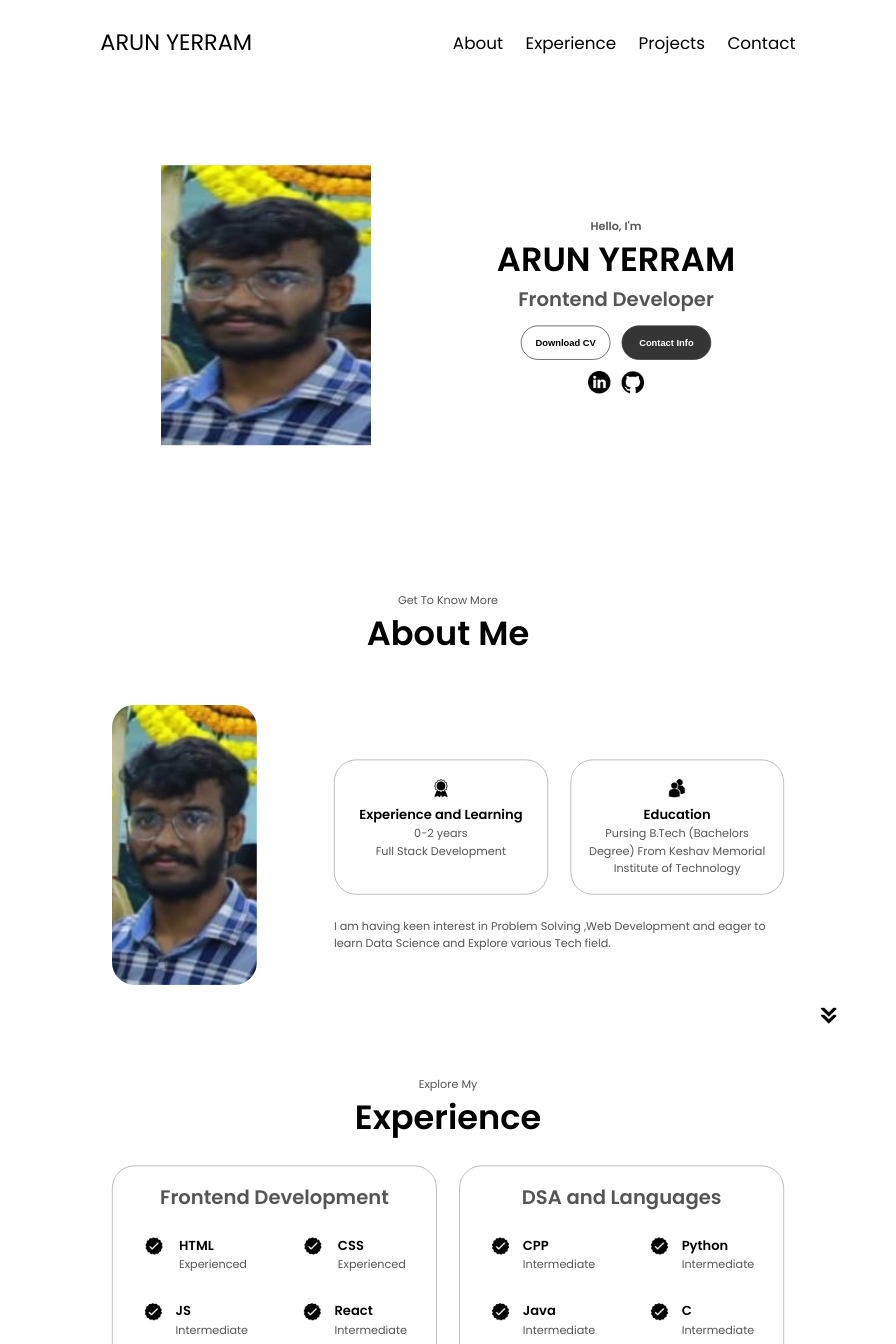
Repository: ARUN-YERRAM/ARUN-YERRAM-PORTFOLIO
Page: portfolio/index.html
An editor plug-in stored every save of this project. The page is shown before and after a run of saves, followed by the edit.
The browser window is 1280 px wide. The pictures show the part of the page from y = 0 to 1920 px (the page is 3401 px tall), at 70% of full size.

Above is the page before, as saved 2024-07-07 04:22:56.

### portfolio/index.html
<!DOCTYPE html>
<html lang="en">
  <head>
    <meta charset="UTF-8" />
    <meta http-equiv="X-UA-Compatible" content="IE=edge" />
    <meta name="viewport" content="width=device-width, initial-scale=1.0" />
    <title>My Portfolio</title>
    <link rel="stylesheet" href="style.css" />
    <link rel="stylesheet" href="mediaqueries.css" />
  </head>
  <body>
    <nav id="desktop-nav">
      <div class="logo">ARUN YERRAM</div>
      <div>
        <ul class="nav-links">
          <li><a href="#about">About</a></li>
          <li><a href="#experience">Experience</a></li>
          <li><a href="#projects">Projects</a></li>
          <li><a href="#contact">Contact</a></li>
        </ul>
      </div>
    </nav>
    <nav id="hamburger-nav">
      <div class="logo">ARUN YERRAM</div>
      <div class="hamburger-menu">
        <div class="hamburger-icon" onclick="toggleMenu()">
          <span></span>
          <span></span>
          <span></span>
        </div>
        <div class="menu-links">
          <li><a href="#about" onclick="toggleMenu()">About</a></li>
          <li><a href="#experience" onclick="toggleMenu()">Experience</a></li>
          <li><a href="#projects" onclick="toggleMenu()">Projects</a></li>
          <li><a href="#contact" onclick="toggleMenu()">Contact</a></li>
        </div>
      </div>
    </nav>
    <section id="profile">
      <div class="section__pic-container">
        <img src="./assets/Photo1.jpg" alt="John Doe profile picture" width = "300px" height="" />
      </div>
      <div class="section__text">
        <p class="section__text__p1">Hello, I'm</p>
        <h1 class="title">ARUN YERRAM</h1>
        <p class="section__text__p2">Frontend Developer</p>
        <div class="btn-container">
          <button
            class="btn btn-color-2"
            onclick="window.open('./assets/My_Resume.pdf')"
          >
            Download CV
          </button>
          <button class="btn btn-color-1" onclick="location.href='./#contact'">
            Contact Info
          </button>
        </div>
        <div id="socials-container">
          <img
            src="./assets/linkedin.png"
            alt="My LinkedIn profile"
            class="icon"
            onclick="window.open('https://www.linkedin.com/in/arun-yerram/','_blank')"
          />
          <img
            src="./assets/github.png"
            alt="My Github profile"
            class="icon"
            onclick="location.href='https://github.com/ARUN-YERRAM?tab=repositories'"
          />
        </div>
      </div>
    </section>
    <section id="about">
      <p class="section__text__p1">Get To Know More</p>
      <h1 class="title">About Me</h1>
      <div class="section-container">
        <div class="section__pic-container">
          <img
            src="./assets/Photo1.jpg"
            alt="Profile picture"
            class="about-pic"
          />
        </div>
        <div class="about-details-container">
          <div class="about-containers">
            <div class="details-container">
              <img
                src="./assets/experience.png"
                alt="Experience icon"
                class="icon"
              />
              <h3>Experience and Learning</h3>
              <p>0-2 years <br />Full Stack Development</p>
            </div>
            <div class="details-container">
              <img
                src="./assets/education.png"
                alt="Education icon"
                class="icon"
              />
              <h3>Education</h3>
              <p>Pursing B.Tech (Bachelors Degree) From Keshav Memorial Institute of Technology <br /></p>
            </div>
          </div>
          <div class="text-container">
            <p>
              I am having keen interest in Problem Solving ,Web Development and eager to learn Data Science and Explore various Tech field.
            </p>
          </div>
        </div>
      </div>
      <img
        src="./assets/arrow.png"
        alt="Arrow icon"
        class="icon arrow"
        onclick="location.href='./#experience'"
      />
    </section>
    <section id="experience">
      <p class="section__text__p1">Explore My</p>
      <h1 class="title">Experience</h1>
      <div class="experience-details-container">
        <div class="about-containers">
          <div class="details-container">
            <h2 class="experience-sub-title">Frontend Development</h2>
            <div class="article-container">
              <article>
                <img
                  src="./assets/checkmark.png"
                  alt="Experience icon"
                  class="icon"
                />
                <div>
                  <h3>HTML</h3>
                  <p>Experienced</p>
                </div>
              </article>

              <article>
                <img
                  src="./assets/checkmark.png"
                  alt="Experience icon"
                  class="icon"
                />
                <div>
                  <h3>CSS</h3>
                  <p>Experienced</p>
                </div>
              </article>

              <article>
                <img
                  src="./assets/checkmark.png"
                  alt="Experience icon"
                  class="icon"
                />
                <div>
                  <h3>JS</h3>
                  <p>Intermediate</p>
                </div>
              </article>

              <article>
                <img
                  src="./assets/checkmark.png"
                  alt="Experience icon"
                  class="icon"
                />
                <div>
                  <h3>React</h3>
                  <p>Intermediate</p>
                </div>
              </article>

              <article>
                <img
                  src="./assets/checkmark.png"
                  alt="Experience icon"
                  class="icon"
                />
                <div>
                  <h3>MongoDb</h3>
                  <p>Intermediate</p>
                </div>
              </article>

                <article>
                  <img
                    src="./assets/checkmark.png"
                    alt="Experience icon"
                    class="icon"
                  />
                  <div>
                    <h3>Node JS</h3>
                    <p>Intermediate</p>
                  </div>
                </article>


                <article>
                  <img
                    src="./assets/checkmark.png"
                    alt="Experience icon"
                    class="icon"
                  />
                  <div>
                    <h3>Express JS</h3>
                    <p>Intermediate</p>
                  </div>
                </article>

                <article>
                <img
                  src="./assets/checkmark.png"
                  alt="Experience icon"
                  class="icon"
                />
                <div>
                  <h3>Git && Github</h3>
                  <p>Intermediate</p>
                </div>
              </article>

            </div>
          </div>
          <div class="details-container">
            <h2 class="experience-sub-title">DSA and Languages</h2>
            <div class="article-container">
              <article>
                <img
                  src="./assets/checkmark.png"
                  alt="Experience icon"
                  class="icon"
                />
                <div>
                  <h3>CPP</h3>
                  <p>Intermediate</p>
                </div>
              </article>
              <article>
                <img
                  src="./assets/checkmark.png"
                  alt="Experience icon"
                  class="icon"
                />
                <div>
                  <h3>Python</h3>
                  <p>Intermediate</p>
                </div>
              </article>

              <article>
                <img
                  src="./assets/checkmark.png"
                  alt="Experience icon"
                  class="icon"
                />
                <div>
                  <h3>Java</h3>
                  <p>Intermediate</p>
                </div>
              </article>

              <article>
                <img
                  src="./assets/checkmark.png"
                  alt="Experience icon"
                  class="icon"
                />
                <div>
                  <h3>C</h3>
                  <p>Intermediate</p>
                </div>
              </article>
            </div>
          </div>
        </div>
      </div>
      <img
        src="./assets/arrow.png"
        alt="Arrow icon"
        class="icon arrow"
        onclick="location.href='./#projects'"
      />
    </section>
    <section id="projects">
      <p class="section__text__p1">Browse My Recent</p>
      <h1 class="title">Projects</h1>
      <div class="experience-details-container">
        <div class="about-containers">
          <div class="details-container color-container">
            <div class="article-container">
              <img
                src="./assets/P1.png"
                alt="Project 1"
                class="project-img"
              />
            </div>
            <h2 class="experience-sub-title project-title">NYAAYSAHAAYAK</h2>
            <div class="btn-container">
              <button
                class="btn btn-color-2 project-btn"
                onclick="location.href='https://github.com/ARUN-YERRAM/NYAAYSAHAAYAK'"
              >
                Github
              </button>
              <button
                class="btn btn-color-2 project-btn"
                onclick="location.href=''"
              >
                Live Demo
              </button>
            </div>
          </div>
          <div class="details-container color-container">
            <div class="article-container">
              <img
                src="./assets/project-2.png"
                alt="Project 2"
                class="project-img"
              />
            </div>
            <h2 class="experience-sub-title project-title">LecturesCheck</h2>
            <div class="btn-container">
              <button
                class="btn btn-color-2 project-btn"
                onclick="location.href='https://github.com/ARUN-YERRAM/LecturesCheck'"
              >
                Github
              </button>
              <button
                class="btn btn-color-2 project-btn"
                onclick="location.href=''"
              >
                Live Demo
              </button>
            </div>
          </div>

          <!-- <div class="details-container color-container">
            <div class="article-container">
              <img
                src="./assets/project-3.png"
                alt="Project 3"
                class="project-img"
              />
            </div>
          </div> -->
        </div>
      </div>
      <img
        src="./assets/arrow.png"
        alt="Arrow icon"
        class="icon arrow"
        onclick="location.href='./#contact'"
      />
    </section>
    <section id="contact">
      <p class="section__text__p1">Get in Touch</p>
      <h1 class="title">Contact Me</h1>
      <div class="contact-info-upper-container">
        <div class="contact-info-container">
          <img
            src="./assets/email.png"
            alt="Email icon"
            class="icon contact-icon email-icon"
          />
          <p><a href="mailto:examplemail@gmail.com">arunyerram12022005@gmail.com</a></p>
        </div>
        <div class="contact-info-container">
          <img
            src="./assets/linkedin.png"
            alt="LinkedIn icon"
            class="icon contact-icon"
          />
          <p><a href="https://www.linkedin.com/in/arun-yerram/">LinkedIn</a></p>
        </div>
      </div>
    </section>
    <footer>
      <nav>
        <div class="nav-links-container">
          <ul class="nav-links">
            <li><a href="#about">About</a></li>
            <li><a href="#experience">Experience</a></li>
            <li><a href="#projects">Projects</a></li>
            <li><a href="#contact">Contact</a></li>
          </ul>
        </div>
      </nav>
      <p>Copyright &#169; 2024 Arun Yerram. All Rights Reserved.</p>
    </footer>
    <script src="script.js"></script>
  </body>
</html>

### portfolio/style.css
/* GENERAL */

@import url("https://fonts.googleapis.com/css2?family=Poppins:wght@300;400;500;600&display=swap");

* {
  margin: 0;
  padding: 0;
}

body {
  font-family: "Poppins", sans-serif;
}

html {
  scroll-behavior: smooth;
}

p {
  color: rgb(85, 85, 85);
}

/* TRANSITION */

a,
.btn {
  transition: all 300ms ease;
}

/* DESKTOP NAV */

nav,
.nav-links {
  display: flex;
}

nav {
  justify-content: space-around;
  align-items: center;
  height: 17vh;
}

.nav-links {
  gap: 2rem;
  list-style: none;
  font-size: 1.5rem;
}

a {
  color: black;
  text-decoration: none;
  text-decoration-color: white;
}

a:hover {
  color: grey;
  text-decoration: underline;
  text-underline-offset: 1rem;
  text-decoration-color: rgb(181, 181, 181);
}

.logo {
  font-size: 2rem;
}

.logo:hover {
  cursor: default;
}

/* HAMBURGER MENU */

#hamburger-nav {
  display: none;
}

.hamburger-menu {
  position: relative;
  display: inline-block;
}

.hamburger-icon {
  display: flex;
  flex-direction: column;
  justify-content: space-between;
  height: 24px;
  width: 30px;
  cursor: pointer;
}

.hamburger-icon span {
  width: 100%;
  height: 2px;
  background-color: black;
  transition: all 0.3 ease-in-out;
}

.menu-links {
  position: absolute;
  top: 100%;
  right: 0;
  background-color: white;
  width: fit-content;
  max-height: 0;
  overflow: hidden;
  transition: all 0.3 ease-in-out;
}

.menu-links a {
  display: block;
  padding: 10px;
  text-align: center;
  font-size: 1.5rem;
  color: black;
  text-decoration: none;
  transition: all 0.3 ease-in-out;
}

.menu-links li {
  list-style: none;
}

.menu-links.open {
  max-height: 300px;
}

.hamburger-icon.open span:first-child {
  transform: rotate(45deg) translate(10px, 5px);
}

.hamburger-icon.open span:nth-child(2) {
  opacity: 0;
}

.hamburger-icon.open span:last-child {
  transform: rotate(-45deg) translate(10px, -5px);
}

.hamburger-icon span:first-child {
  transform: none;
}

.hamburger-icon span:first-child {
  opacity: 1;
}

.hamburger-icon span:first-child {
  transform: none;
}

/* SECTIONS */

section {
  padding-top: 4vh;
  height: 96vh;
  margin: 0 10rem;
  box-sizing: border-box;
  min-height: fit-content;
}

.section-container {
  display: flex;
}

/* PROFILE SECTION */

#profile {
  display: flex;
  justify-content: center;
  gap: 5rem;
  height: 80vh;
}

.section__pic-container {
  display: flex;
  height: 400px;
  width: 400px;
  margin: auto 0;
}

.section__text {
  align-self: center;
  text-align: center;
}

.section__text p {
  font-weight: 600;
}

.section__text__p1 {
  text-align: center;
}

.section__text__p2 {
  font-size: 1.75rem;
  margin-bottom: 1rem;
}

.title {
  font-size: 3rem;
  text-align: center;
}

#socials-container {
  display: flex;
  justify-content: center;
  margin-top: 1rem;
  gap: 1rem;
}

/* ICONS */

.icon {
  cursor: pointer;
  height: 2rem;
}

/* BUTTONS */

.btn-container {
  display: flex;
  justify-content: center;
  gap: 1rem;
}

.btn {
  font-weight: 600;
  transition: all 300ms ease;
  padding: 1rem;
  width: 8rem;
  border-radius: 2rem;
}

.btn-color-1,
.btn-color-2 {
  border: rgb(53, 53, 53) 0.1rem solid;
}

.btn-color-1:hover,
.btn-color-2:hover {
  cursor: pointer;
}

.btn-color-1,
.btn-color-2:hover {
  background: rgb(53, 53, 53);
  color: white;
}

.btn-color-1:hover {
  background: rgb(0, 0, 0);
}

.btn-color-2 {
  background: none;
}

.btn-color-2:hover {
  border: rgb(255, 255, 255) 0.1rem solid;
}

.btn-container {
  gap: 1rem;
}

/* ABOUT SECTION */

#about {
  position: relative;
}

.about-containers {
  gap: 2rem;
  margin-bottom: 2rem;
  margin-top: 2rem;
}

.about-details-container {
  justify-content: center;
  flex-direction: column;
}

.about-containers,
.about-details-container {
  display: flex;
}

.about-pic {
  border-radius: 2rem;
}

.arrow {
  position: absolute;
  right: -5rem;
  bottom: 2.5rem;
}

.details-container {
  padding: 1.5rem;
  flex: 1;
  background: white;
  border-radius: 2rem;
  border: rgb(53, 53, 53) 0.1rem solid;
  border-color: rgb(163, 163, 163);
  text-align: center;
}

.section-container {
  gap: 4rem;
  height: 80%;
}

.section__pic-container {
  height: 400px;
  width: 400px;
  margin: auto 0;
}

/* EXPERIENCE SECTION */

#experience {
  position: relative;
}

.experience-sub-title {
  color: rgb(85, 85, 85);
  font-weight: 600;
  font-size: 1.75rem;
  margin-bottom: 2rem;
}

.experience-details-container {
  display: flex;
  justify-content: center;
  flex-direction: column;
}

.article-container {
  display: flex;
  text-align: initial;
  flex-wrap: wrap;
  flex-direction: row;
  gap: 2.5rem;
  justify-content: space-around;
}

article {
  display: flex;
  width: 10rem;
  justify-content: space-around;
  gap: 0.5rem;
}

article .icon {
  cursor: default;
}

/* PROJECTS SECTION */

#projects {
  position: relative;
}

.color-container {
  border-color: rgb(163, 163, 163);
  background: rgb(250, 250, 250);
}

.project-img {
  border-radius: 2rem;
  width: 90%;
  height: 90%;
}

.project-title {
  margin: 1rem;
  color: black;
}

.project-btn {
  color: black;
  border-color: rgb(163, 163, 163);
}

/* CONTACT */

#contact {
  display: flex;
  justify-content: center;
  flex-direction: column;
  height: 70vh;
}

.contact-info-upper-container {
  display: flex;
  justify-content: center;
  border-radius: 2rem;
  border: rgb(53, 53, 53) 0.1rem solid;
  border-color: rgb(163, 163, 163);
  background: (250, 250, 250);
  margin: 2rem auto;
  padding: 0.5rem;
}

.contact-info-container {
  display: flex;
  align-items: center;
  justify-content: center;
  gap: 0.5rem;
  margin: 1rem;
}

.contact-info-container p {
  font-size: larger;
}

.contact-icon {
  cursor: default;
}

.email-icon {
  height: 2.5rem;
}

/* FOOTER SECTION */

footer {
  height: 26vh;
  margin: 0 1rem;
}

footer p {
  text-align: center;
}

### portfolio/mediaqueries.css
@media screen and (max-width: 1400px) {
  #profile {
    height: 83vh;
    margin-bottom: 6rem;
  }
  .about-containers {
    flex-wrap: wrap;
  }
  #contact,
  #projects {
    height: fit-content;
  }
}

@media screen and (max-width: 1200px) {
  #desktop-nav {
    display: none;
  }
  #hamburger-nav {
    display: flex;
  }
  #experience,
  .experience-details-container {
    margin-top: 2rem;
  }
  #profile,
  .section-container {
    display: block;
  }
  .arrow {
    display: none;
  }
  section,
  .section-container {
    height: fit-content;
  }
  section {
    margin: 0 5%;
  }
  .section__pic-container {
    width: 275px;
    height: 275px;
    margin: 0 auto 2rem;
  }
  .about-containers {
    margin-top: 0;
  }
}

@media screen and (max-width: 600px) {
  #contact,
  footer {
    height: 40vh;
  }
  #profile {
    height: 83vh;
    margin-bottom: 0;
  }
  article {
    font-size: 1rem;
  }
  footer nav {
    height: fit-content;
    margin-bottom: 2rem;
  }
  .about-containers,
  .contact-info-upper-container,
  .btn-container {
    flex-wrap: wrap;
  }
  .contact-info-container {
    margin: 0;
  }
  .contact-info-container p,
  .nav-links li a {
    font-size: 1rem;
  }
  .experience-sub-title {
    font-size: 1.25rem;
  }
  .logo {
    font-size: 1.5rem;
  }
  .nav-links {
    flex-direction: column;
    gap: 0.5rem;
    text-align: center;
  }
  .section__pic-container {
    width: auto;
    height: 46vw;
    justify-content: center;
  }
  .section__text__p2 {
    font-size: 1.25rem;
  }
  .title {
    font-size: 2rem;
  }
  .text-container {
    text-align: justify;
  }
}

Loaded but not shown: portfolio/script.js (common file)

After the next 2 saves:
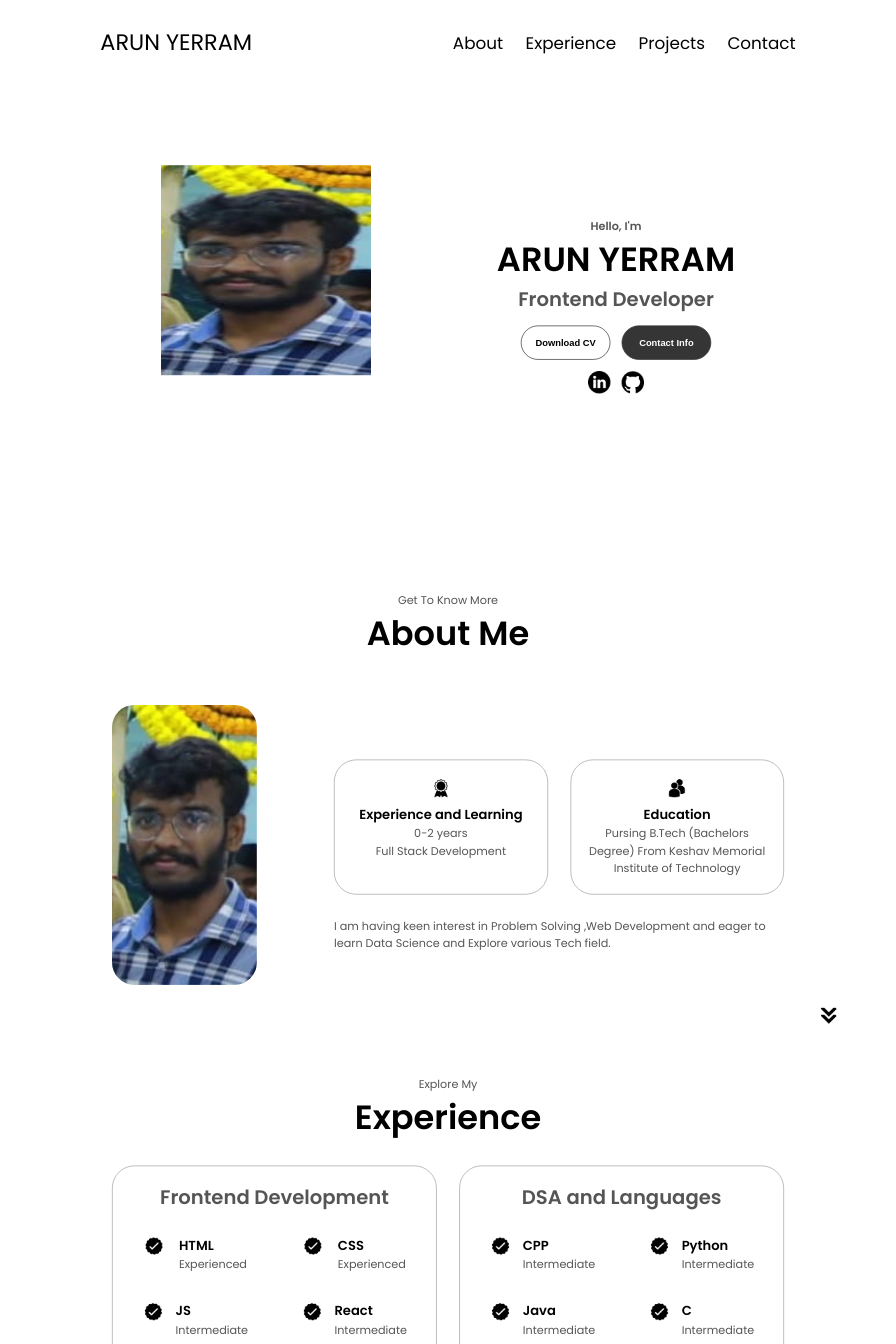
The 2 saves are shown as one change because they came seconds apart.
The last was saved 8 s later.
--- a/portfolio/index.html
+++ b/portfolio/index.html
@@ -38,7 +38,7 @@
     </nav>
     <section id="profile">
       <div class="section__pic-container">
-        <img src="./assets/Photo1.jpg" alt="John Doe profile picture" width = "300px" height="" />
+        <img src="./assets/Photo1.jpg" alt="John Doe profile picture" width = "300px" height="300px" />
       </div>
       <div class="section__text">
         <p class="section__text__p1">Hello, I'm</p>
